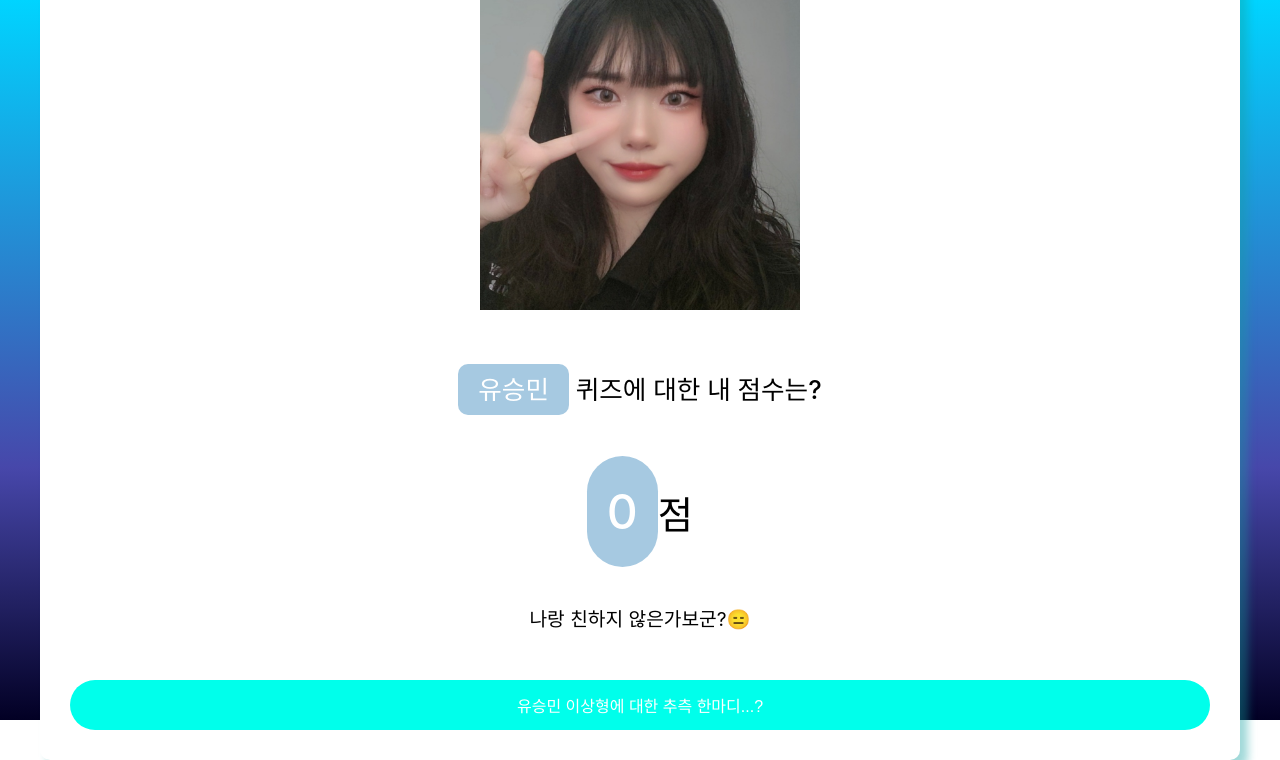
Repository: dnjfht/quiz3
Page: /score
These files come from the project's save history. The page is drawn as it stood at one moment and after the next save; the edit follows.
The browser window is 1280 px wide. The pictures show the whole page.
The project was rebuilt for these pictures with package versions that can differ from the ones it lists, and the page was loaded fresh each time. Also part of the build but not shown: src/components/Start.js, src/components/Progress.js, src/components/Quiz.js, src/components/Message.js, src/components/Ranking.js, src/components/NotPage.js.

Above is the page before, as saved 2023-04-15 23:44:03.

After the next save:
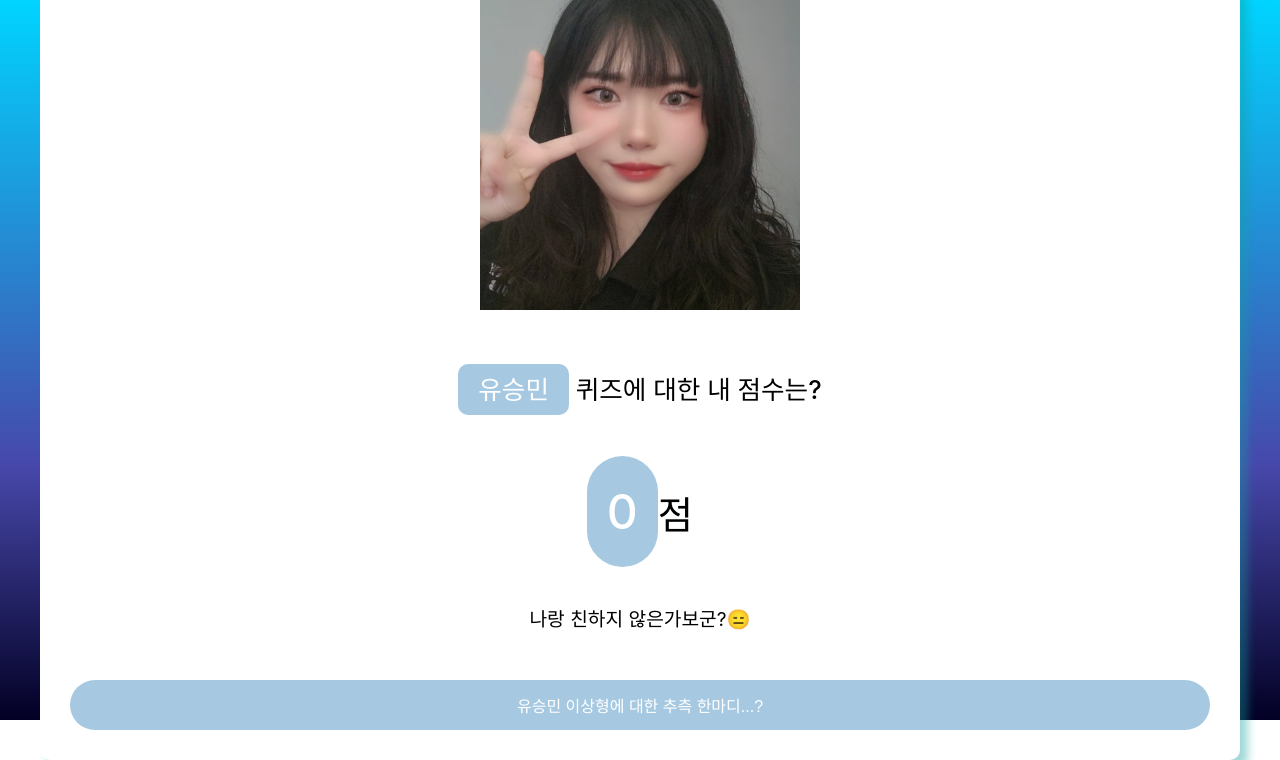
Saved 47 s later.
--- a/src/components/Score.js
+++ b/src/components/Score.js
@@ -57,7 +57,7 @@ const GoCommentButton = styled.button`
   width: 100%;
   height: 50px;
   margin-top: 10px;
-  background: #00ffeb;
+  background: #a6c9e1;
   border: none;
   border-radius: 30px;
 
@@ -67,9 +67,9 @@ const GoCommentButton = styled.button`
   transition: all 0.5s;
 
   &:hover {
-    background: #fff4db;
+    background: #00ffeb;
 
-    color: #666;
+    color: white;
 
     cursor: pointer;
   }
